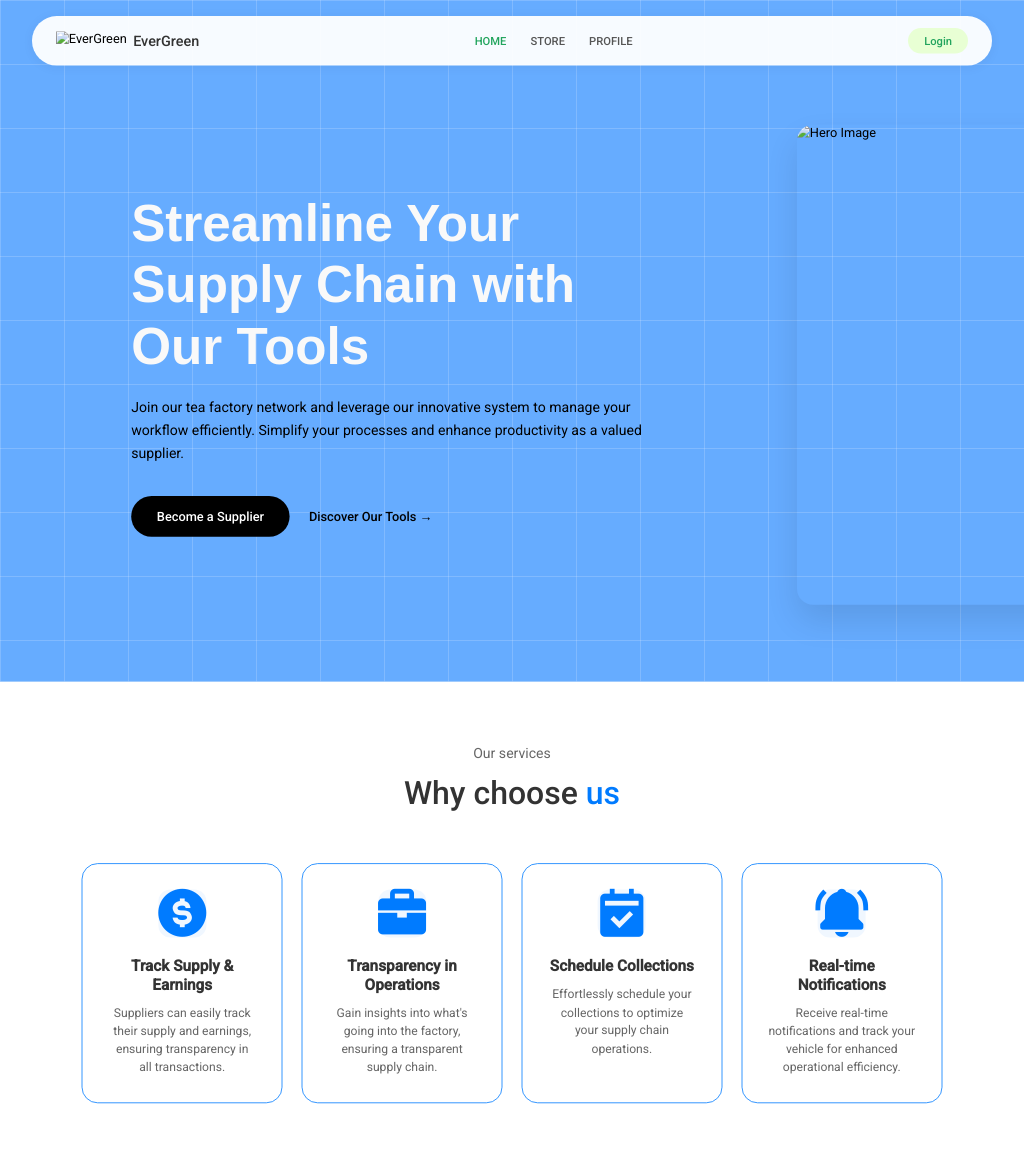
Repository: EverGreen-Group/Evergreen_Project
Page: http://localhost/Evergreen_Project/
These files come from the project's save history. The page is drawn as it stood at one moment and after the next save; the edit follows.
The browser window is 1280 px wide. The pictures show the whole page, at 80% of full size.
The page is run by PHP 8.4 with error messages shown; the project is at /var/www/html/.

Above is the page before, as saved 2024-11-23 09:37:31.

After the next save:
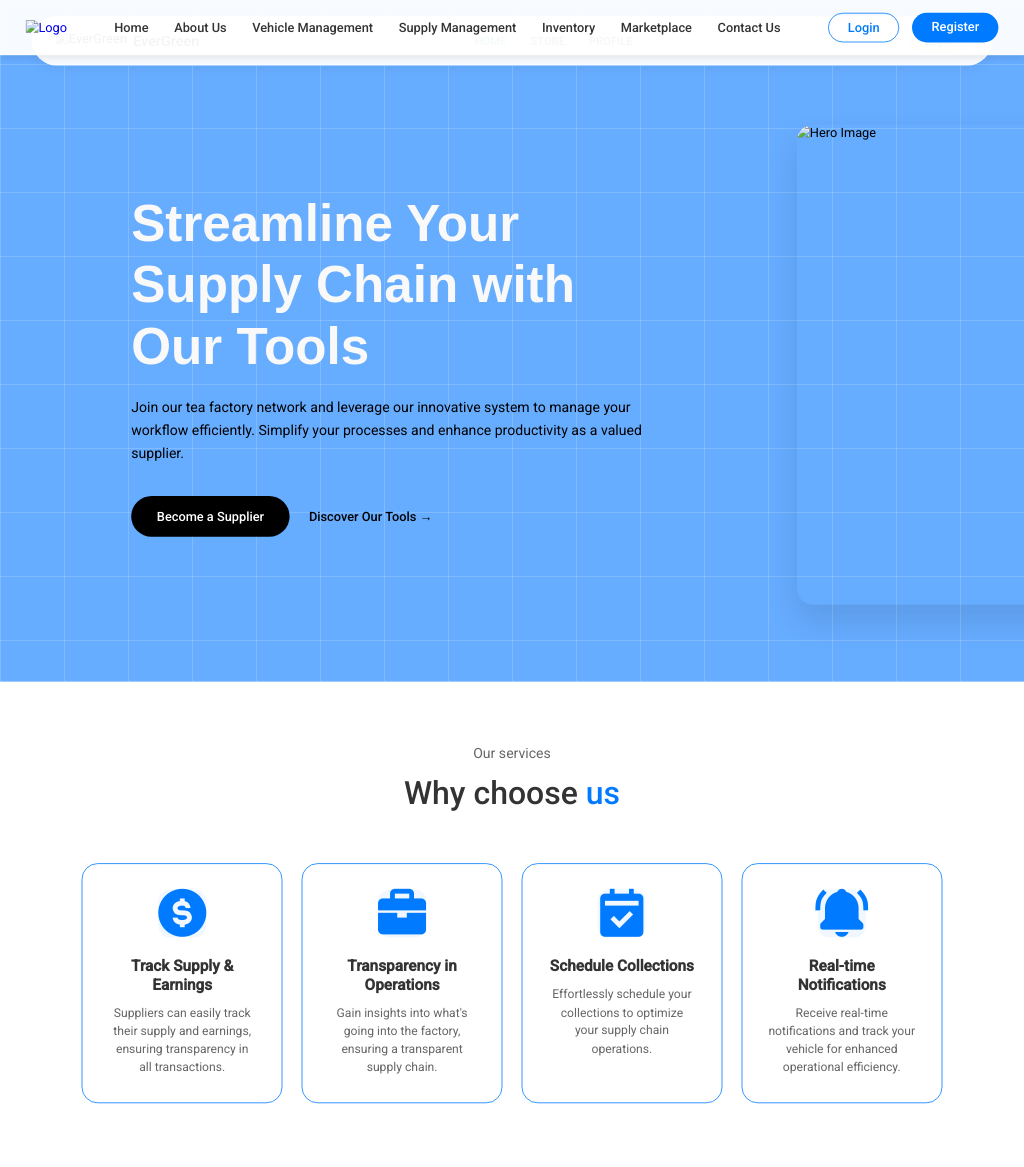
Saved 5 h 47 min later.
--- a/app/views/pages/landing.php
+++ b/app/views/pages/landing.php
@@ -1,5 +1,29 @@
 <?php require APPROOT . '/views/inc/components/header_public.php'; ?>
 <?php require_once APPROOT . '/helpers/RoleHelper.php'; ?>
+
+<!-- Add Navigation Menu -->
+<nav class="main-nav">
+    <div class="nav-wrapper">
+        <div class="logo">
+            <a href="<?php echo URLROOT; ?>">
+                <img src="<?php echo URLROOT; ?>/public/img/logo.png" alt="Logo">
+            </a>
+        </div>
+        <div class="nav-menu">
+            <a href="<?php echo URLROOT; ?>" class="nav-link">Home</a>
+            <a href="<?php echo URLROOT; ?>/pages/about" class="nav-link">About Us</a>
+            <a href="<?php echo URLROOT; ?>/vehicles" class="nav-link">Vehicle Management</a>
+            <a href="<?php echo URLROOT; ?>/supply" class="nav-link">Supply Management</a>
+            <a href="<?php echo URLROOT; ?>/inventory" class="nav-link">Inventory</a>
+            <a href="<?php echo URLROOT; ?>/marketplace" class="nav-link">Marketplace</a>
+            <a href="<?php echo URLROOT; ?>/contact" class="nav-link">Contact Us</a>
+        </div>
+        <div class="nav-buttons">
+            <a href="<?php echo URLROOT; ?>/auth/login" class="login-btn">Login</a>
+            <a href="<?php echo URLROOT; ?>/auth/supplier_register" class="register-btn">Register</a>
+        </div>
+    </div>
+</nav>
 
 <main class="landing-main">
     <section class="hero-section">
@@ -411,4 +435,104 @@
             padding: 1.5rem;
         }
     }
+
+    .main-nav {
+        position: fixed;
+        top: 0;
+        left: 0;
+        width: 100%;
+        background: rgba(255, 255, 255, 0.95);
+        box-shadow: 0 2px 10px rgba(0,0,0,0.1);
+        z-index: 1000;
+        padding: 1rem 0;
+    }
+
+    .nav-wrapper {
+        max-width: 1400px;
+        margin: 0 auto;
+        display: flex;
+        justify-content: space-between;
+        align-items: center;
+        padding: 0 2rem;
+    }
+
+    .logo img {
+        height: 40px;
+    }
+
+    .nav-menu {
+        display: flex;
+        gap: 2rem;
+        align-items: center;
+    }
+
+    .nav-link {
+        color: #333;
+        text-decoration: none;
+        font-weight: 500;
+        transition: color 0.3s ease;
+    }
+
+    .nav-link:hover {
+        color: #007bff;
+    }
+
+    .nav-buttons {
+        display: flex;
+        gap: 1rem;
+    }
+
+    .login-btn, .register-btn {
+        padding: 0.5rem 1.5rem;
+        border-radius: 25px;
+        text-decoration: none;
+        font-weight: 500;
+        transition: all 0.3s ease;
+    }
+
+    .login-btn {
+        color: #007bff;
+        border: 1px solid #007bff;
+    }
+
+    .register-btn {
+        background: #007bff;
+        color: white;
+    }
+
+    .login-btn:hover {
+        background: #f0f7ff;
+    }
+
+    .register-btn:hover {
+        background: #0056b3;
+    }
+
+    /* Mobile menu styles */
+    @media (max-width: 1024px) {
+        .nav-menu {
+            display: none;
+            position: absolute;
+            top: 100%;
+            left: 0;
+            width: 100%;
+            background: white;
+            padding: 1rem;
+            flex-direction: column;
+            gap: 1rem;
+        }
+
+        .nav-menu.active {
+            display: flex;
+        }
+
+        .nav-buttons {
+            gap: 0.5rem;
+        }
+
+        .login-btn, .register-btn {
+            padding: 0.4rem 1rem;
+            font-size: 0.9rem;
+        }
+    }
 </style>

After the 2 saves that followed:
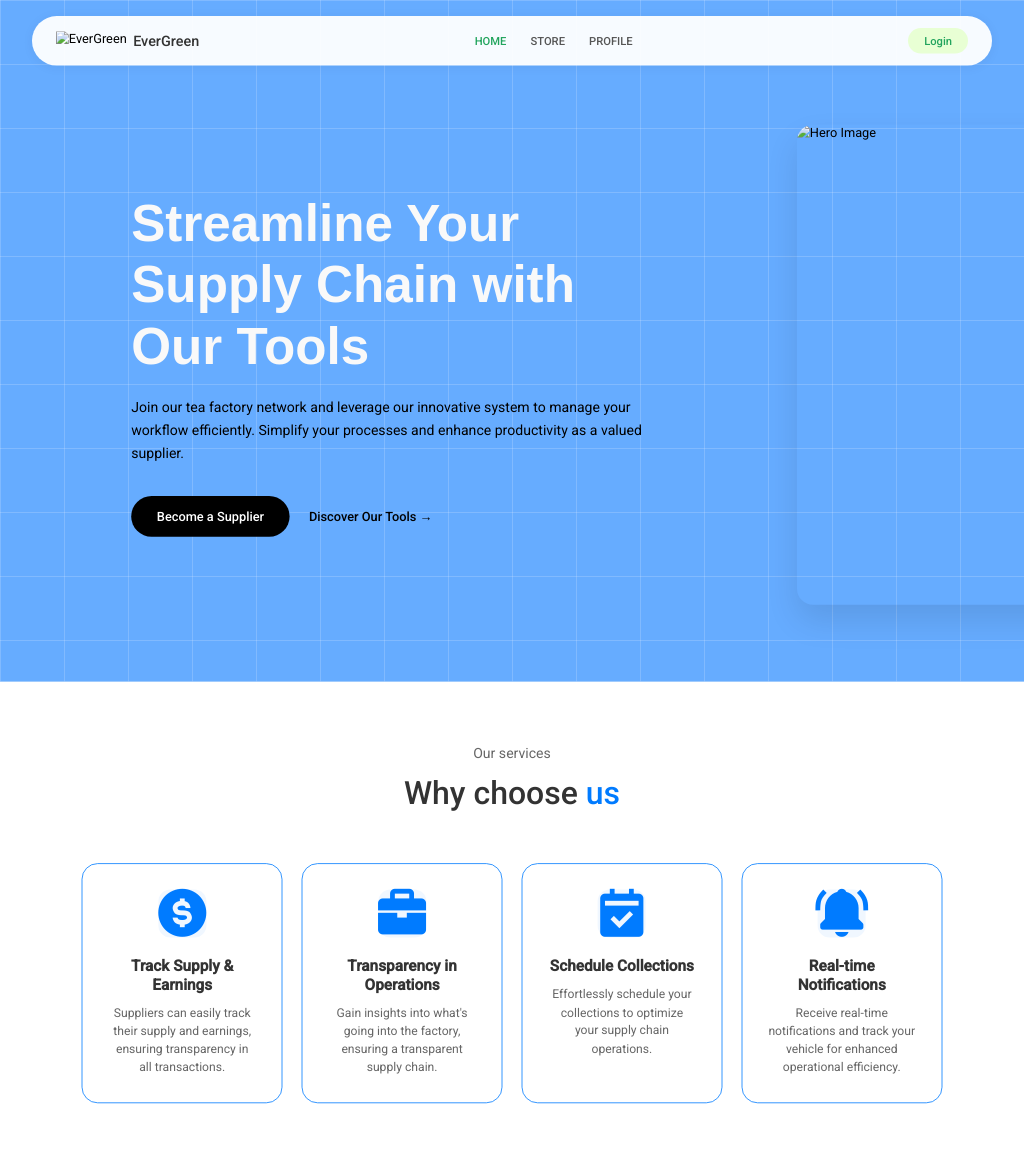
The 2 saves are shown as one change because 1 left the picture as it was.
The last was saved 100 s later.
--- a/app/views/pages/landing.php
+++ b/app/views/pages/landing.php
@@ -1,29 +1,7 @@
 <?php require APPROOT . '/views/inc/components/header_public.php'; ?>
 <?php require_once APPROOT . '/helpers/RoleHelper.php'; ?>
 
-<!-- Add Navigation Menu -->
-<nav class="main-nav">
-    <div class="nav-wrapper">
-        <div class="logo">
-            <a href="<?php echo URLROOT; ?>">
-                <img src="<?php echo URLROOT; ?>/public/img/logo.png" alt="Logo">
-            </a>
-        </div>
-        <div class="nav-menu">
-            <a href="<?php echo URLROOT; ?>" class="nav-link">Home</a>
-            <a href="<?php echo URLROOT; ?>/pages/about" class="nav-link">About Us</a>
-            <a href="<?php echo URLROOT; ?>/vehicles" class="nav-link">Vehicle Management</a>
-            <a href="<?php echo URLROOT; ?>/supply" class="nav-link">Supply Management</a>
-            <a href="<?php echo URLROOT; ?>/inventory" class="nav-link">Inventory</a>
-            <a href="<?php echo URLROOT; ?>/marketplace" class="nav-link">Marketplace</a>
-            <a href="<?php echo URLROOT; ?>/contact" class="nav-link">Contact Us</a>
-        </div>
-        <div class="nav-buttons">
-            <a href="<?php echo URLROOT; ?>/auth/login" class="login-btn">Login</a>
-            <a href="<?php echo URLROOT; ?>/auth/supplier_register" class="register-btn">Register</a>
-        </div>
-    </div>
-</nav>
+
 
 <main class="landing-main">
     <section class="hero-section">
